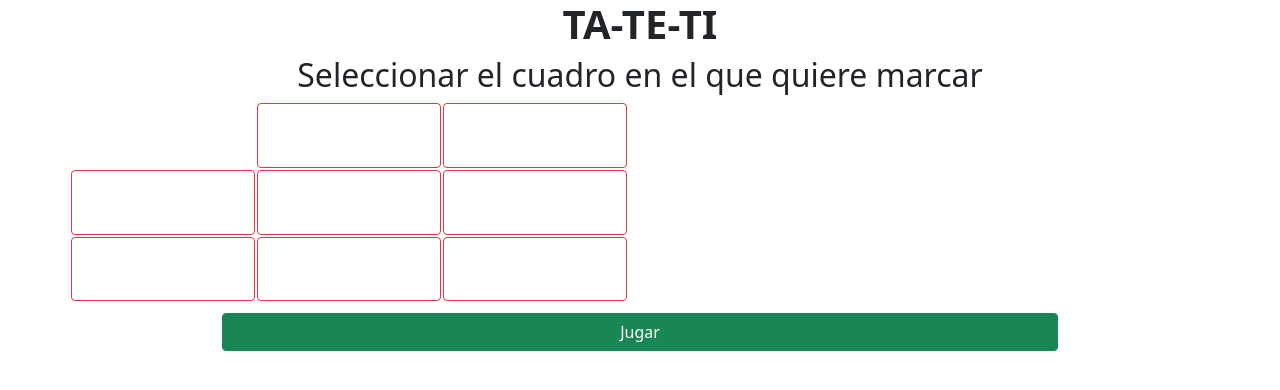
Repository: Lean97-start/TATETI
Page: Tateti.html
An editor plug-in stored every save of this project. The page is shown before and after the next save, followed by the edit.
The browser window is 1280 px wide. The pictures show the whole page.

Above is the page before, as saved 2021-07-11 23:01:33.
Console error: SyntaxError: Unexpected token ')'

### Tateti.html
<!DOCTYPE html>
<html lang="en">
<head>
    <meta charset="UTF-8">
    <link rel="stylesheet" type="text/css" href="Tateti.css">
    <link rel="stylesheet" href="Tateti.js">
    <link rel="stylesheet" type="text/css" href="https://necolas.github.io/normalize.css/8.0.1/normalize.css">
    <title>TATETI</title>
    <link href="https://cdn.jsdelivr.net/npm/bootstrap@5.0.2/dist/css/bootstrap.min.css" rel="stylesheet" integrity="sha384-EVSTQN3/azprG1Anm3QDgpJLIm9Nao0Yz1ztcQTwFspd3yD65VohhpuuCOmLASjC" crossorigin="anonymous">
</head>
<body>
    <div class="container">
        <H1 class="fw-bold">TA-TE-TI</H1>
        <H2 class="fw-normal">Seleccionar el cuadro en el que quiere marcar</H2>

            <div class="row w-50 h-50 bg-white">
                <table class="cuadro" id="cuadro">
                    <tr>
                        <td><button class="btn btn-link w-100 h-100" id="11"></button></td>
                        <td><button class="btn btn-outline-danger w-100 h-100" id="21"></button></td>
                        <td><button class="btn btn-outline-danger w-100 h-100" id="31"></button></td>
                    </tr>
                    <tr>
                        <td><button class="btn btn-outline-danger w-100 h-100" id="12"></button></td>
                        <td><button class="btn btn-outline-danger w-100 h-100" id="22"></button></td>
                        <td><button class="btn btn-outline-danger w-100 h-100" id="32"></button></td>
                    </tr>
                    <tr>
                        <td><button class="btn btn-outline-danger w-100 h-100" id="13"></button></td>
                        <td><button class="btn btn-outline-danger w-100 h-100" id="23"></button></td>
                        <td><button class="btn btn-outline-danger w-100 h-100" id="33"></button></td>
                    </tr>
                </table>
            </div>
            <div class="row">
                <div class="btn ">
                    <button type="button" class="btn btn-success my-1 w-75" id="btn-jugar">Jugar</button>
                </div>
            </div>

        </div>
    <script src="Tateti.js"></script>
    <script src="https://cdn.jsdelivr.net/npm/bootstrap@5.0.2/dist/js/bootstrap.bundle.min.js" integrity="sha384-MrcW6ZMFYlzcLA8Nl+NtUVF0sA7MsXsP1UyJoMp4YLEuNSfAP+JcXn/tWtIaxVXM" crossorigin="anonymous"></script>
</body>
</html>

### Tateti.css
h1{
    font-size: 55px;
    text-align: center;
}
h2{
    font-size: 30px;
    text-align: center;
}
.cuadro{
    /* border: 5px teal solid;
    background: grey; */
    position: relative;
    height: 200px;
    width: 20px;
    margin: auto;
}
.entradas{
    text-align: center;
    font-family: Arial, Helvetica, sans-serif;
    font-size: 60px;
    height: 80px;
    width: 80px;
    box-sizing: border-box;

}

### Tateti.js
let var1, var2, var3,var4, var5,var6 = undefined
function mostrar(){
    let prueba = document.getElementById('v1');
    alert(prueba);
}
function jugarTurno (){
    if(){

    }
    else if (var1 != undefined || var2 != undefined || var3 != undefined ||var4 != undefined ||var5 != undefined || var6 != undefined ){

    }


}

After the next save:
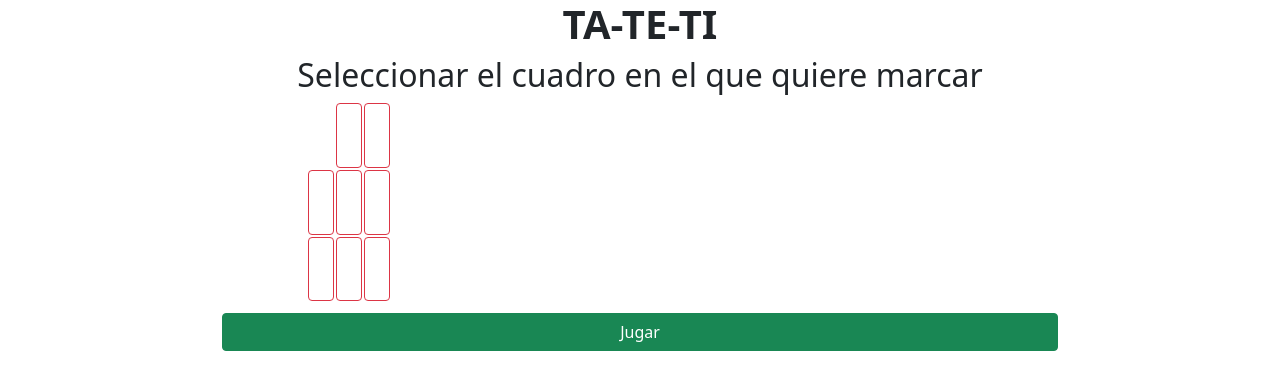
Saved 7 s later.
--- a/Tateti.css
+++ b/Tateti.css
@@ -6,7 +6,7 @@ h2{
     font-size: 30px;
     text-align: center;
 }
-.cuadro{
+#cuadro{
     /* border: 5px teal solid;
     background: grey; */
     position: relative;
